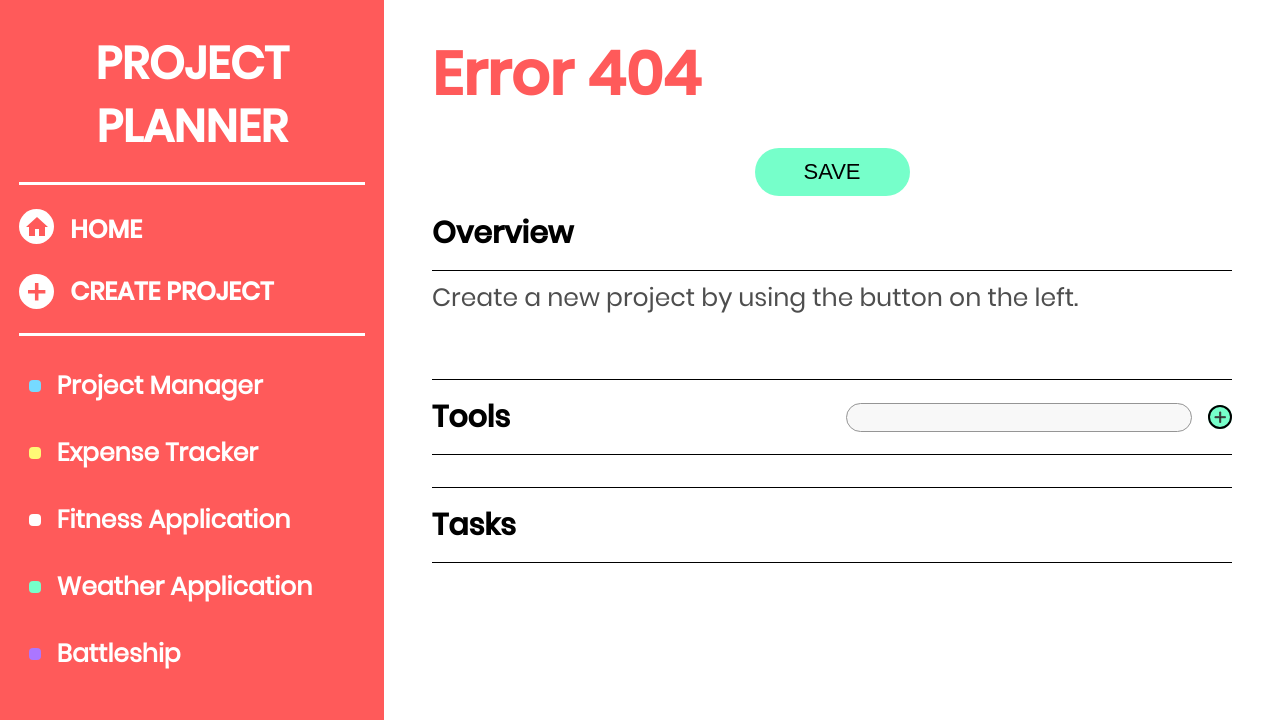
Repository: AzharMoosa/project-manager
Page: /project
These files come from the project's save history. The page is drawn as it stood at one moment and after a run of saves; the edit follows.
The browser window is 1280 px wide. The pictures show the whole page.
The project was rebuilt for these pictures with package versions that can differ from the ones it lists, and the page was loaded fresh each time. A package was used in the major version that the imports need, not the one package.json lists. Also part of the build but not shown: src/components/home/ProgressBar.js, src/components/home/ProjectProgress.js, src/components/home/Home.js, src/components/current-project/Task.js.

Above is the page before, as saved 2020-06-24 11:19:44.

After the next 2 saves:
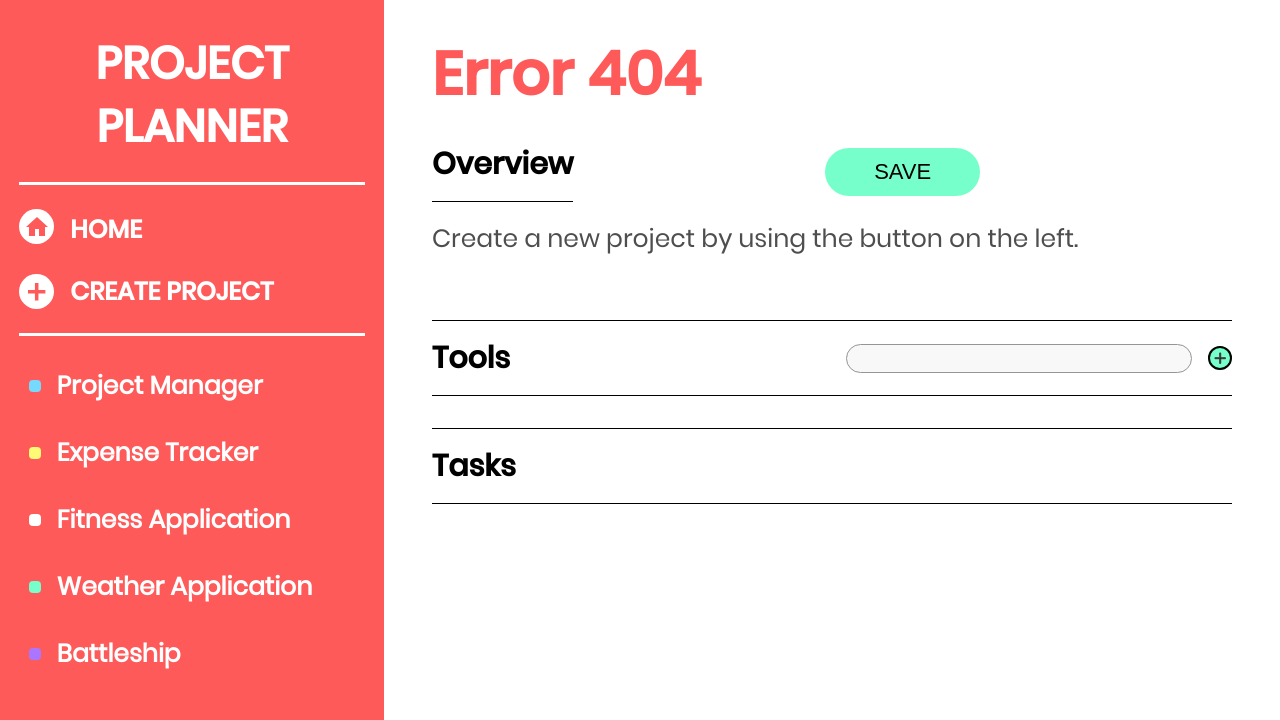
The 2 saves are shown as one change because they came seconds apart.
The last was saved 15 s later.
--- a/src/components/current-project/CurrentProject.js
+++ b/src/components/current-project/CurrentProject.js
@@ -32,9 +32,11 @@ const CurrentProject = () => {
   return (
     <div className='selected-project'>
       <h1 className='selected-project-title'>{selectedProject.name}</h1>
-      <button className='create-btn'>SAVE</button>
 
-      <h3 className='selected-project-heading'>Overview</h3>
+      <div className='selected-project-head'>
+        <h3 className='selected-project-heading'>Overview</h3>
+        <button className='create-btn'>SAVE</button>
+      </div>
       <textarea
         type='text'
         className='overview'
